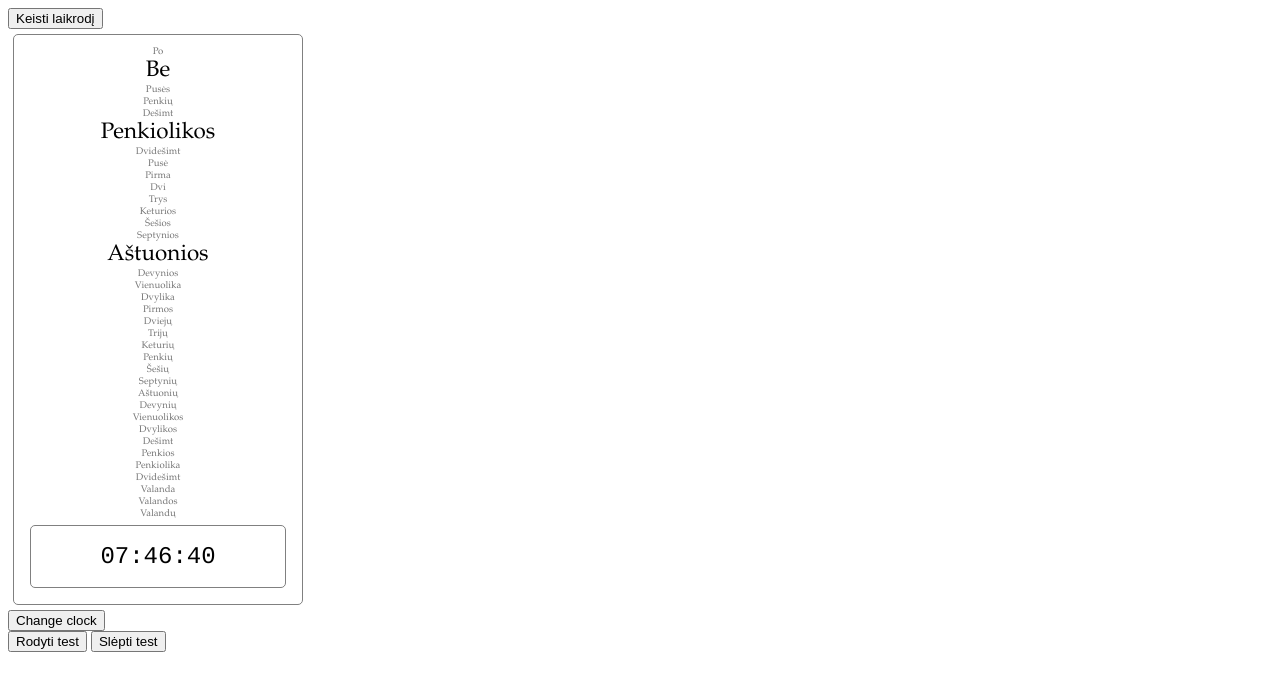
Repository: Skaidrius/WordClock
Page: index.html
The author's editor kept a record of every edit. The page is drawn from the files as they stood at one moment, then again after the next edit.
The browser window is 1280 px wide. The pictures show the whole page.
Some web libraries are served in a nearby version.

Above is the page before.

### index.html
<!DOCTYPE html>
<html>

<head>
    <meta charset="UTF-8">
    <title>Laikrodukas</title>
    <link type="text/css" rel="stylesheet" href="style.css"></link>
</head>

<body ng-app="clockApp">

    <div ng-controller="DataController" ng-init="init();">
        <button ng-click="changeClass()">Keisti laikrodį</button><br>

        <show-big-clock></show-big-clock>
    </div>

    <div ng-controller="DataControllerEn" ng-init="init();">
        <button ng-click="changeClass()">Change clock</button><br>

        <show-big-clock-en></show-big-clock-en>
    </div>

    <div ng-controller="TestController" ng-init="currHours = '1'; currMins = '0';">
        <button ng-click="show=true">Rodyti test</button>
        <button ng-click="show=false">Slėpti test</button>
        <div ng-show="show" id="clck-bgr">
        <ul>
            <li ng-class="currMins >= 5 && currMins < 25 || currMins >= 35 && currMins < 40 ? 'active' : 'passive'">{{after}}</li>
            <li ng-class="currMins >= 25 && currMins < 30 || currMins >= 40 ? 'active' : 'passive'">{{till}}</li>
            <li ng-class="currMins >= 35 && currMins < 40 ? 'active' : 'passive'">{{afterhalf}}</li>
            <li ng-class="currMins >= 25 && currMins < 30 || currMins >=  55 ? 'active' : 'passive'">{{fivetill}}</li>
            <li ng-class="currMins >= 50 && currMins < 55 ? 'active' : 'passive'">{{ten}}</li>
            <li ng-class="currMins >= 45 && currMins < 50 ? 'active' : 'passive'">{{quarter}}</li>
            <li ng-class="currMins >= 40 && currMins < 45 ? 'active' : 'passive'">{{twenty}}</li>
            <li ng-class="currMins >= 25 && currMins < 35 ? 'active' : 'passive'">{{half}}</li>

            <li ng-show="item.value!= 13" ng-repeat="item in hoursPastHalf" ng-class="currMins >= 40 && item.value-1 == currHours || currMins < 5 && item.value == currHours ? 'active' : 'passive'">{{item.name }}</li>

            <li ng-show="item.value!= 13" ng-repeat="item in hoursPastZero" ng-class="currMins >= 5 && currMins < 25 && item.value == currHours || currMins >= 25 && currMins < 40 && item.value-1 == currHours ? 'active' : 'passive'">{{item.name }}</li>

            <li ng-class="currMins > 9 && currMins < 15 || currHours == tenHours.value && currMins >= 0 && currMins < 25 || currMins >= 25 && currMins < 60 && tenHours.value-1 == currHours ? 'active' : 'passive'">{{tenHours.name}}</li>

            <li ng-class="currMins < 10 && five.value == currHours ||
                    currMins > 35 && five.value-1 == currHours ||
                    currMins >=5 && currMins < 10 ||
                    currMins >= 35 && currMins < 40 ? 'active' : 'passive'">{{five.name}}</li>

            <li ng-class="currMins >= 15 && currMins < 20? 'active' : 'passive'">{{fifteen}}</li>
            <li ng-class="currMins >= 20 && currMins < 25 ? 'active' : 'passive'">{{twenty}}</li>
            <li ng-class="currMins < 5 && currHours == 1 < 5 ? 'active' : 'passive'">{{hour}}</li>
            <li ng-class="currMins < 5 && currHours > 1 && currHours <= 9 ? 'active' : 'passive'">{{hours}}</li>
            <li ng-class="currMins < 5 && currHours > 9 ? 'active' : 'passive'">{{morehour}}</li>
        </ul>

        <div class="digital">
            <span>{{currHours}}: {{currMins}}</span><br>
         </div>
         <div>
            <input type="number" ng-model="currHours"/></label>
            <input type="number" ng-model="currMins"/></label>
         </div>

    </div>


<script src="https://ajax.googleapis.com/ajax/libs/angularjs/1.3.12/angular.min.js"></script>
<script type="text/javascript" src="app.js"></script>
</body>

</html>

### style.css
body {
    font-family: 'Book Antiqua', 'Palatino Linotype', Palatino, serif;
}

ul li {
        list-style: none;
}

.clck-bgr {
    text-align: center;
    max-width: 300px;
}

ul {
    max-width: 512px;
    height: auto;
    border: 1px solid grey;
    border-radius: 5px;
    padding: 0.7em;
    margin: 5px;
}
.clck-circle > li    {
    list-style: none;
    display: inline-block;
    padding: 0 2px;
    font-weight: bold;
}

.active   { color: #000; font-size: 1.4em}
.passive  { color: #777; font-size: 0.6em}

.visible   { visibility: visible; font-size: 1.4em}
.hidden  { display: none; font-size: 0.6em}

.digital {
    font-family: ‘Courier New’, Courier, monospace;
    font-size: 24px;
}

.digital::before {
    clear: both;
}

### app.js
var app = angular.module('clockApp', []);
app.controller('DataController', function($scope, $interval, $filter) {

    $scope.init = $interval(function(){
        $scope.input = new Date();
        $scope.currHours = $filter('date')($scope.input, 'hh');
        $scope.currMins = $filter('date')($scope.input, 'mm');
        $scope.currSecs = $filter('date')($scope.input, 'ss');

        $scope.hoursPastHalf= [ {value:   1,     name: "Pirma" },
                        {value:   2,     name: "Dvi"        },
                        {value:   3,     name: "Trys"       },
                        {value:   4,     name: "Keturios"   },
                        {value:   6,     name: "Šešios"     },
                        {value:   7,     name: "Septynios"  },
                        {value:   8,     name: "Aštuonios"  },
                        {value:   9,     name: "Devynios"   },
                        {value:  11,     name: "Vienuolika" },
                        {value:  12,     name: "Dvylika"    },
                        {value:  13,     name: "Pirma"      } ];

        $scope.tenHours = {value:  10,     name: "Dešimt"   };
        $scope.five =   {value:  5,     name:  "Penkios"    };

        $scope.hoursPastZero = [ {value:  1,     name: "Pirmos"     },
                        {value:  2,     name: "Dviejų"      },
                        {value:  3,     name: "Trijų"       },
                        {value:  4,     name: "Keturių"     },
                        {value:  5,     name: "Penkių"      },
                        {value:  6,     name: "Šešių"       },
                        {value:  7,     name: "Septynių"    },
                        {value:  8,     name: "Aštuonių"    },
                        {value:  9,     name: "Devynių"     },
                        {value:  11,    name: "Vienuolikos" },
                        {value:  12,    name: "Dvylikos"    },
                        {value:  13,    name: "Pirmos"      }  ];

        $scope.till = "Be";
        $scope.after = "Po";

        $scope.fivetill = "Penkių";
        $scope.ten = "Dešimt";
        $scope.quarter = "Penkiolikos";
        $scope.fifteen = "Penkiolika";
        $scope.twenty = "Dvidešimt";
        $scope.half = "Pusė";
        $scope.afterhalf = "Pusės";

        $scope.hour = "Valanda";
        $scope.hours = "Valandos";
        $scope.morehour = "Valandų";

    },100 );

    $scope.showClassName = 'active';
    $scope.hiddenClassName = 'passive';

    $scope.changeClass = function(){
        if ($scope.showClassName != "active"){
            $scope.showClassName = "active";
            $scope.hiddenClassName = "passive";
          } else {
            $scope.showClassName = "visible";
            $scope.hiddenClassName = "hidden";
          }
    };

});

app.controller('DataControllerEn', function($scope, $interval, $filter) {

    $scope.init = $interval(function(){
        $scope.input = new Date();
        $scope.currHours = $filter('date')($scope.input, 'hh');
        $scope.currMins = $filter('date')($scope.input, 'mm');
        $scope.currSecs = $filter('date')($scope.input, 'ss');

        $scope.hoursPastHalf= [ {value:   1,     name: "One" },
                        {value:   2,     name: "Two"        },
                        {value:   3,     name: "Three"       },
                        {value:   4,     name: "Four"   },
                        {value:   6,     name: "Six"     },
                        {value:   7,     name: "Seven"  },
                        {value:   8,     name: "Eight"  },
                        {value:   9,     name: "Nine"   },
                        {value:  11,     name: "Eleven" },
                        {value:  12,     name: "Twelve"    },
                        {value:  13,     name: "Thirteen"      } ];

        $scope.tenHours = {value:  10,     name: "Ten"   };
        $scope.five =   {value:  5,     name:  "Five"    };

        $scope.hoursPastZero = [ {value:  1,     name: "Pirmos"     },
                        {value:  2,     name: "Dviejų"      },
                        {value:  3,     name: "Trijų"       },
                        {value:  4,     name: "Keturių"     },
                        {value:  5,     name: "Penkių"      },
                        {value:  6,     name: "Šešių"       },
                        {value:  7,     name: "Septynių"    },
                        {value:  8,     name: "Aštuonių"    },
                        {value:  9,     name: "Devynių"     },
                        {value:  11,    name: "Vienuolikos" },
                        {value:  12,    name: "Dvylikos"    },
                        {value:  13,    name: "Pirmos"      }  ];

        $scope.till = "Till";
        $scope.after = "Past";

        $scope.fivetill = "Five";
        $scope.ten = "Ten";
        $scope.quarter = "Quarter";
        $scope.fifteen = "Quarter";
        $scope.twenty = "Twenty";
        $scope.half = "Half of";
        $scope.afterhalf = "Half";

        $scope.hour = "Hour";
        $scope.hours = "Hour";
        $scope.morehour = "Hour";

    },100 );

    $scope.showClassName = 'active';
    $scope.hiddenClassName = 'passive';

    $scope.changeClass = function(){
        if ($scope.showClassName != "active"){
            $scope.showClassName = "active";
            $scope.hiddenClassName = "passive";
          } else {
            $scope.showClassName = "visible";
            $scope.hiddenClassName = "hidden";
          }
    };

});

// tests
app.controller('TestController', function($scope, $interval) {  //clone for testing

    $scope.init = $interval(function(){

        $scope.hoursPastHalf= [ {value:   1,     name: "Pirma" },
                        {value:   2,     name: "Dvi"        },
                        {value:   3,     name: "Trys"       },
                        {value:   4,     name: "Keturios"   },
                        {value:   6,     name: "Šešios"     },
                        {value:   7,     name: "Septynios"  },
                        {value:   8,     name: "Aštuonios"  },
                        {value:   9,     name: "Devynios"   },
                        {value:  11,     name: "Vienuolika" },
                        {value:  12,     name: "Dvylika"    },
                        {value:  13,     name: "Pirma"      } ];

        $scope.tenHours = {value:  10,  name: "Dešimt"      };
        $scope.five =   {value:  5,     name:  "Penkios"    };

        $scope.hoursPastZero = [ {value:  1,     name: "Pirmos"     },
                        {value:  2,     name: "Dviejų"      },
                        {value:  3,     name: "Trijų"       },
                        {value:  4,     name: "Keturių"     },
                        {value:  5,     name: "Penkių"      },
                        {value:  6,     name: "Šešių"       },
                        {value:  7,     name: "Septynių"    },
                        {value:  8,     name: "Aštuonių"    },
                        {value:  9,     name: "Devynių"     },
                        {value:  11,    name: "Vienuolikos" },
                        {value:  12,    name: "Dvylikos"    },
                        {value:  13,    name: "Pirmos"      }  ];

        $scope.till = "Be";
        $scope.after = "Po";

        $scope.fivetill = "Penkių";
        $scope.ten = "Dešimt";
        $scope.quarter = "Penkiolikos";
        $scope.fifteen = "Penkiolika";
        $scope.twenty = "Dvidešimt";
        $scope.half = "Pusė";
        $scope.afterhalf = "Pusės";

        $scope.hour = "Valanda";
        $scope.hours = "Valandos";
        $scope.morehour = "Valandų";

},100 );

});

app.directive('showBigClock', function(){
    return {
        templateUrl: 'clock.html'
    };
});

### clock.html
<div class="clck-bgr">
<ul>
    <li ng-class="currMins >= 5 && currMins < 25 || currMins >= 35 && currMins < 40 ? showClassName : hiddenClassName">{{after}}</li>
    <li ng-class="currMins >= 25 && currMins < 30 || currMins >= 40 ? showClassName : hiddenClassName">{{till}}</li>
    <li ng-class="currMins >= 35 && currMins < 40 ? showClassName : hiddenClassName ">{{afterhalf}}</li>
    <li ng-class="currMins >= 25 && currMins < 30 || currMins >=  55 ? showClassName : hiddenClassName">{{fivetill}}</li>
    <li ng-class="currMins >= 50 && currMins < 55 && currMins >=10 && currMins < 20 ? showClassName : hiddenClassName">{{ten}}</li>
    <li ng-class="currMins >= 45 && currMins < 50 ? showClassName : hiddenClassName">{{quarter}}</li>
    <li ng-class="currMins >= 40 && currMins < 45 ? showClassName : hiddenClassName">{{twenty}}</li>
    <li ng-class="currMins >= 25 && currMins < 35 ? showClassName : hiddenClassName">{{half}}</li>

    <li ng-show="item.value!= 13" ng-repeat="item in hoursPastHalf" ng-class="currMins >= 40 && item.value-1 == currHours || currMins < 5 && item.value == currHours ? showClassName : hiddenClassName">{{item.name }}</li>
    <li ng-show="item.value!= 13" ng-repeat="item in hoursPastZero" ng-class="currMins >= 5 && currMins < 25 && item.value == currHours || currMins >= 25 && currMins < 40 && item.value-1 == currHours ? showClassName : hiddenClassName">{{item.name }}</li>

    <li ng-class="currMins > 9 && currMins < 15 || currHours == tenHours.value && currMins >= 0 && currMins < 25 || currMins >= 25 && currMins < 60 && tenHours.value-1 == currHours ? showClassName : hiddenClassName">{{tenHours.name}}</li>

    <li ng-class="currMins < 10 && five.value == currHours ||
                    currMins > 35 && five.value-1 == currHours ||
                    currMins >=5 && currMins < 10 ||
                    currMins >= 35 && currMins < 40 ? showClassName : hiddenClassName">{{five.name}}</li>

    <li ng-class="currMins >= 15 && currMins < 20 ? showClassName : hiddenClassName">{{fifteen}}</li>
    <li ng-class="currMins >= 20 && currMins < 25 ? showClassName : hiddenClassName">{{twenty}}</li>
    <li ng-class="currMins < 5 && currHours == 1 < 5 ? showClassName : hiddenClassName">{{hour}}</li>
    <li ng-class="currMins < 5 && currHours > 1 && currHours <= 9 ? showClassName : hiddenClassName">{{hours}}</li>
    <li ng-class="currMins < 5 && currHours > 9 ? showClassName : hiddenClassName">{{morehour}}</li>
    <ul class="digital">
        <li>{{currHours}}:{{currMins}}:{{currSecs}}</li>
    </ul>
</ul>
</div>

After the next edit:
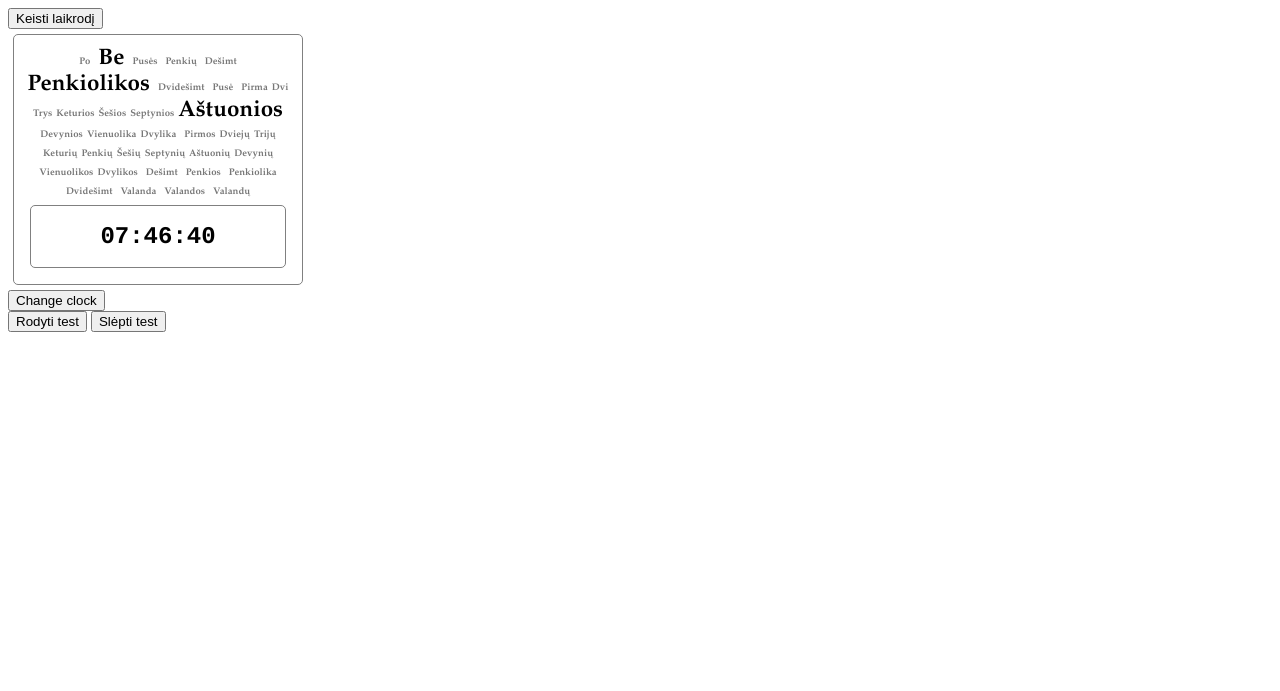
The edit:
--- a/style.css
+++ b/style.css
@@ -19,7 +19,7 @@
     padding: 0.7em;
     margin: 5px;
 }
-.clck-circle > li    {
+ul li    {
     list-style: none;
     display: inline-block;
     padding: 0 2px;
